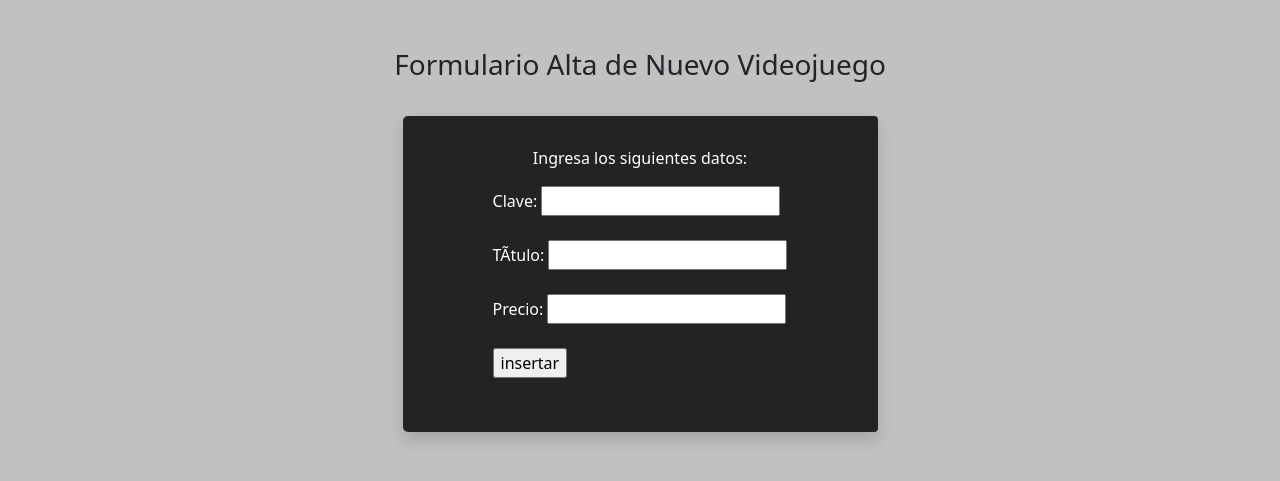
Repository: Jatziri16/JavaEE
Page: http://localhost/TiendaVideojuegos/FormularioInsertarVideojuego.jsp
These files come from the project's save history. The page is drawn as it stood at one moment and after the next save; the edit follows.
The browser window is 1280 px wide. The pictures show the whole page.
The page is served by Tomcat 9. Other server files are loaded and not shown.

Above is the page before, as saved 2023-12-06 03:11:57.

### TiendaVideojuegos/src/main/webapp/FormularioInsertarVideojuego.jsp
<!DOCTYPE html>
<html>
<head>
	<meta charset="UTF-8">
	<title>Formulario Alta Videojuego</title>
	<link rel=stylesheet href="css/style.css" type="text/css">
	<!-- Bootstrap -->
 		<link href="https://cdn.jsdelivr.net/npm/bootstrap@5.1.3/dist/css/bootstrap.min.css" rel="stylesheet" integrity="sha384-1BmE4kWBq78iYhFldvKuhfTAU6auU8tT94WrHftjDbrCEXSU1oBoqyl2QvZ6jIW3" crossorigin="anonymous">
	<script type="text/javascript" src="js/validaciones_vid.js"></script>
</head>
<!-- <body>
	<h1>Formulario Alta de nuevo Videojuego</h1>
	<form>
		Clave:
		<input type="text" name="cve"><br><br>
		Título:
		<input type="text" name="titulo"><br><br>
		Precio:
		<input type="text" name="precio"><br><br>
		<input type="button" value="insertar"><br><br>
	</form>
</body> -->
<body style='background-color: rgba(50, 50, 50, 0.3);'>
		<div id="fondo">
			<h3 class="text-center mt-5 mb-1">Formulario Alta de Nuevo Videojuego</h3>
			<div class="container rounded-3 contenedor">
				<div class="row align-items-stretch justify-content-center">
					<div class="login-container  col-7 col-sm-6 col-md-5 col-xl-5 rounded-end shadow">
						<p class="text-center">Ingresa los siguientes datos:</p>
						<div class="centrar">
							<!-- FORM -->
							<form>
								Clave:
								<input type="text" name="cve"><br><br>
								Título:
								<input type="text" name="titulo"><br><br>
								Precio:
								<input type="text" name="precio"><br><br>
								<input  onclick="validarForms()" type="button" value="insertar"><br><br>
							</form>
						</div>
					</div>
				</div>
			</div>
		</div>
	</body>
</html>

### TiendaVideojuegos/src/main/webapp/css/style.css
body
{
	background-color: gray;
}
h1
{
	text-align: center;
}
.contenedor {
    padding: 30px 0;
}

.centrar
{
display: flex;
  justify-content: center;
    /* margin: 0 auto; */
}
.centrar-2
{
	margin: 0 auto;
}
.invalido {
	margin-top: 5px;
    font-size: 80%;
}

.login-container {
    /* background-image: linear-gradient(rgba(0, 0, 0, 0.5), rgba(0, 0, 0, 0.5)), url(../../../../assets/imgs/login-bg.png); */
    background-size: cover;
    background-color: rgba(20, 20, 20, 0.908);
	border-radius: 5px;
    padding: 30px 50px;
    color: white;
}
.warning-container
{
	background-size: cover;
    background-color: red;
	border-radius: 5px;
    padding: 30px 50px;
    color: white;
}
.button {
  background-color: transparent; /* Green */
  border: none;
  padding: 5px 0;
  width: 100%;
  text-align: center;
  text-decoration: none;
  display: inline-block;
  font-size: 16px;
  margin: 4px 2px;
  transition-duration: 0.4s;
  cursor: pointer;
  border-radius: 8px;
}

.btn-insertar {
  color: white;
  border: 2px solid #4CAF50;
}
.btn-actualizar {
  color: white;
  border: 2px solid #db752d;
}
.btn-cancelar {
  color: white;
  border: 2px solid #474747;
}

.btn-insertar:hover {
  background-color: #4CAF50;
  color: white;
}
.btn-actualizar:hover {
  background-color: #db752d;
  color: white;
}
.btn-cancelar:hover {
  background-color: #474747;
  color: white;
}

/*input {
	border: 1px solid red;
}*/

### TiendaVideojuegos/src/main/webapp/js/validaciones_vid.js
function validarForms()
{
	console.log("ENTRO A validarForms()")
	//let clave = document.getElementById("clave").value;
	let titulo = document.getElementById("titulo").value;
	let precio = document.getElementById("precio").value;
	//let cveprov = document.getElementById("cveprov").value;
	let cveprov = document.getElementById("selectprov").value;
	let inv = document.getElementById("inventario").value;

	console.log("selected prov: "+cveprov);
	//clave == "" ||
	if(titulo == "" || precio == "" || cveprov == "" || inv == "") {
		setWarnsMsj();
	}
	else
	{
		//"clave = "+clave+
		alert("\ntitulo = "+titulo+"\nprecio = "+precio+"\ncveprov = "+cveprov+"\ninv = "+inv)
		//clave="+clave+"&
		document.forms[0].action = "InsertarVideojuego.do?titulo="+titulo+"&precio="+precio+"&cveprov="+cveprov+"&inventario="+inv;
		document.forms[0].method = "get";
		document.forms[0].submit();
		alert("Videojuego insertado");
	}
}

function validarFormsUpdate()
{
	console.log("ENTRO A validarFormsUpdate()")
	let clave = document.getElementById("clave").value;
	let titulo = document.getElementById("titulo").value;
	let precio = document.getElementById("precio").value;
	//let cveprov = document.getElementById("cveprov").value;
	let cveprov = document.getElementById("cveprov").value.split(" ")
	cveprov = cveprov[0];
	let inv = document.getElementById("inventario").value;

	if(titulo == "" || precio == "" || inv == "") {
		setWarnsMsj();
	}
	else
	{
		alert("clave="+clave+"\ntitulo = "+titulo+"\nprecio = "+precio+"\ncveprov = "+cveprov+"\ninv = "+inv)
		document.forms[0].action = "ActualizarVideojuego.jsp?clave="+clave+"&titulo="+titulo+"&precio="+precio+"&cveprov="+cveprov+"&inventario="+inv;
		document.forms[0].method = "post";
		document.forms[0].submit();
		alert("Videojuego actualizado");
	}
}

function setWarnsMsj()
{
    //if(clave == "") document.getElementById("warn_clave").innerHTML = "*Ingrese una clave";
	if(titulo == "") document.getElementById("warn_titulo").innerHTML = "*Ingrese un titulo";
	if(precio == "") document.getElementById("warn_precio").innerHTML = "*Ingrese el precio del videojuego";
	//if(cveprov == "") document.getElementById("warn_cveprov").innerHTML = "*Ingrese la clave del proveedor";
	//if(inv == "") document.getElementById("warn_inventario").innerHTML = "*Ingrese la cantidad en existencia";

	document.getElementById("ilistalert").innerHTML = "Todos los campos son obligatorios";
    document.getElementById("ilistalert").style.display = "inherit";
    setTimeout(function () {
      document.getElementById("ilistalert").style.display = "none";
    }, 5000);
}

function filtrarVideojuegos()
{
	const claveProv = document.getElementById("selectprov").value;
	console.log("selected prov: "+claveProv);
}

After the next save:
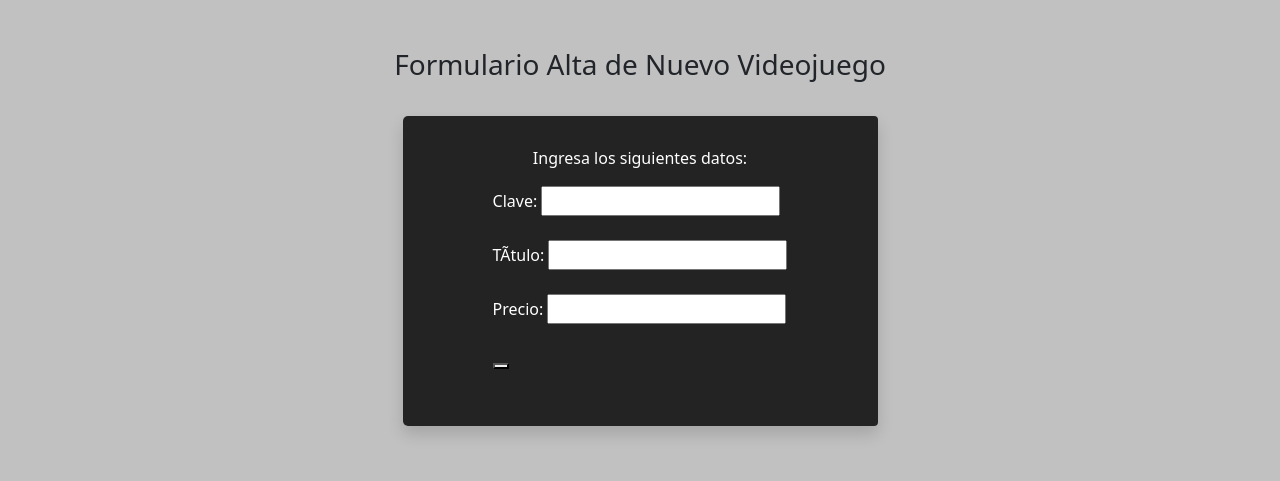
Saved 26 s later.
--- a/TiendaVideojuegos/src/main/webapp/FormularioInsertarVideojuego.jsp
+++ b/TiendaVideojuegos/src/main/webapp/FormularioInsertarVideojuego.jsp
@@ -36,7 +36,7 @@
 								<input type="text" name="titulo"><br><br>
 								Precio:
 								<input type="text" name="precio"><br><br>
-								<input  onclick="validarForms()" type="button" value="insertar"><br><br>
+								<button  onclick="validarForms()" type="button" value="insertar"></button><br><br>
 							</form>
 						</div>
 					</div>
